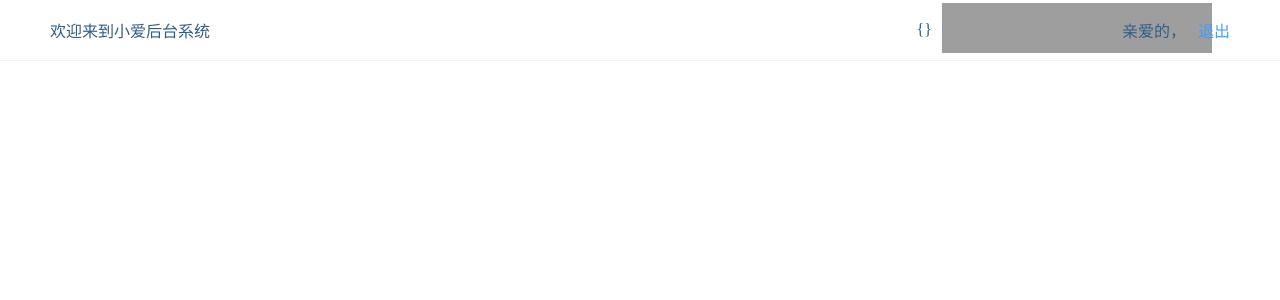
Repository: ZHANG-0714/backstage
Page: /
The author's editor kept a copy of each file at every save. The page is drawn from the files as they stood at one save, then again after the next save.
The browser window is 1280 px wide. The pictures show the whole page.
Pictures or frames that could not be fetched are drawn as grey boxes. The project was rebuilt for these pictures with package versions that can differ from the ones it lists, and the page was loaded fresh each time. Also part of the build but not shown: vue.config.js, src/views/Home.vue.

Above is the page before, as saved 2020-08-31 17:56:31.

### public/index.html
<!DOCTYPE html>
<html lang="en">

<head>
  <meta charset="utf-8">
  <meta http-equiv="X-UA-Compatible" content="IE=edge">
  <meta name="viewport" content="width=device-width,initial-scale=1.0">
  <link rel="icon" href="<%= BASE_URL %>favicon.ico">
  <title><%= htmlWebpackPlugin.options.title %></title>
</head>

<body>
  <noscript>
    <strong>We're sorry but <%= htmlWebpackPlugin.options.title %> doesn't work properly without JavaScript enabled.
      Please enable it to continue.</strong>
  </noscript>
  <div id="app"></div>
  <!-- built files will be auto injected -->

  <!--[if lte IE 9]>
    <div style='position:absolute; top: 50%; left:50%; margin-top: -50px;margin-left: -400px; align-items: center;justify-content: center;'>
      <div style='width: 800px; height: 100px;text-align: center'>
        <h1>
        您的浏览器版本过低 请下载最新的谷歌浏览器
      </h1>
      <div style='text-align: center;width: 800px'>
        <a href='http://rj.baidu.com/soft/detail/14744.html?ald'>下载谷歌浏览器点此链接</a>
      </div>
      </div>
    </div>
  <![endif]-->
</body>

</html>

### src/App.vue
<template>
  <div id="app">
    <router-view />
  </div>
</template>

<style lang="scss">
@import "../style/Css";
@import '../style/Situation'
</style>

### src/router/index.js
import Vue from 'vue'
import VueRouter from 'vue-router'
import Home from '../views/Home.vue'
import Public from '../views/Public.vue'

Vue.use(VueRouter)

const routes = [
  {
    path: '/home',
    redirect: '/'
  },
  {
    path: '/',
    component: Public,
    children: [
      {
        path: '',
        name: 'Home',
        component: Home,  //首页
        meta: {
          title: "首页"
        }
      },
    ]
  }
]

const router = new VueRouter({
  mode: 'history',
  base: process.env.BASE_URL,
  routes
})

export default router

### src/store/index.js
import Vue from 'vue'
import Vuex from 'vuex'
import user from './user/user'

Vue.use(Vuex)

export default new Vuex.Store({
  state: {
  },
  mutations: {
  },
  actions: {
  },
  modules: {
    user
  }
})

### style/Css.css
* {
	margin: 0;
	padding: 0;
}

.flex {
	display: flex;
}

.justify-content {
	justify-content: center;
}

.align-items {
	align-items: center;
}

.space-around {
	justify-content: space-around;
}

.space-between {
	justify-content: space-between;
}

.flex-direction {
	flex-direction: column;
}

.flex-end {
	align-items: flex-end;
}

.text-overflow {
	overflow: hidden;
	text-overflow: ellipsis;
	display: -webkit-box;
	-webkit-line-clamp: 1;
	-webkit-box-orient: vertical;
}

.opacity {
	opacity: 0.9;
}

.filter {
	filter: blur(30px);
	z-index: -1;
}

.flex-wrap {
	flex-wrap: wrap;
}

.position {
	position: fixed;
}

### style/Situation.scss
.el-card--header--img--doos {
    .el-card__header {
        border-bottom: 1px solid #535353;
    }
    .el-form-item__label{
        padding: 0;
    }
}

### src/views/Public.vue
<template>
  <!-- 公共 -->
  <div>
    <headTop></headTop>
  </div>
</template>

<script>
import headTop from "../components/public/headTop";
export default {
  name: "",
  props: {},
  components: {
    headTop,
  },
  data() {
    return {};
  },
  methods: {},
  mounted() {},
  watch: {},
  computed: {},
};
</script>

<style scoped lang='scss'>
</style>

### src/store/user/user.js
import api from '../../http/api'
import router from '../../router'
import { Message } from 'element-ui'

export default {
    // 开启命名空间 这个文件就是单独的一个vuex的模块
    namespaced: true,
    state: {
        menus: []
    },
    mutations: {
        seMenus(state, data) {
            state.menus = data
        }
    },
    actions: {
        //所有的请求都写在actions里面
        // actions 里面的方法可以传两个参数，第一个参数是整个store(vuex对象) 第二个参数是请求的参数
        async getMenus({ commit }) {
            let res = await api.getMenus()
            if (res.meta.status === 200) {
                // 提交mutation
                commit('setMenus', res.data)
            }
        },
        //登录
        async login({ commit }, { username, password }) {
            let res = await api.login({
                username,
                password
            })
            console.log(commit);
            console.log(res);
            if (res.meta.status === 200) {
                // 存储信息
                localStorage.setItem('adminToken', res.data.toke)
                localStorage.setItem('adminUser', JSON.stringify(res.data))
                // 跳转路由
                router.push('/')
                // 提示用户
                Message.success('登录成功')
            }
        }
    },
}

### src/components/public/headTop.vue
<template>
  <!-- 头部组件 -->
  <div class="top flex align-items space-between">
    <div class="name">欢迎来到小爱后台系统</div>
    <!-- 时间 -->
    <div class="flex align-items">
      <div class="time">{{time}}</div>
      <div class="time">{{hi}}{{date}}</div>
      <!-- 天气 -->
      <div class="iframes">
        <iframe
          class="m-l1"
          scrolling="no"
          src="https://tianqiapi.com/api.php?style=ty&skin=pitaya"
          frameborder="0"
          width="50"
          height="50"
          allowtransparency="true"
        ></iframe>
      </div>
      <!-- 用户 -->
      <div>亲爱的，{{user.username}}</div>
      <!-- 退出 -->
      <div class="quit">退出</div>
    </div>
  </div>
</template>

<script>
import dayjs from "dayjs";
export default {
  name: "",
  props: {},
  components: {},
  data() {
    return {
      time: "", //获取当前登录时间
      date: "",
      hi: {},
      user: {},
    };
  },
  methods: {},
  mounted() {
    //  获取当前登录时间
    this.time = dayjs().format("YYYY/MM/DD");

    let _this = this; // 声明一个变量指向Vue实例this，保证作用域一致
    this.timer = setInterval(() => {
      _this.date = dayjs().format("hh:mm:ss"); // 修改数据date
    }, 1000);

    //   判断时间段
    let hi = dayjs().format("HH");
    if (hi > 6 && hi <= 13) {
      this.hi = "早上";
    } else if (hi > 11 && hi <= 13) {
      this.hi = "中午";
    } else if (hi > 13 && hi <= 18) {
      this.hi = "下午";
    } else if (hi > 18 && hi <= 23) {
      this.hi = "晚上";
    } else {
      this.hi = "该睡觉了";
    }

    //登录获取的对象
    this.user = JSON.parse(localStorage.getItem("adminUser"));
    console.log(this.user);
  },
  watch: {},
  computed: {},
};
</script>

<style scoped lang='scss'>
.top {
  height: 60px;
  padding: 0 50px;
  border-bottom: 1px solid #f0f2f5;
  color: #2e5e85;
}
.time {
  margin-right: 10px;
}
.iframes {
  width: 180px;
}
iframe {
  width: 270px;
  font-size: 30px;
}
.quit {
  color: #409eff;
  margin-left: 12px;
  &:hover {
    cursor: pointer;
  }
}
</style>

### src/http/api.js
import service from './index'

export default {
    login({ username, password }) {
        return service.post('/login', {
            username,
            password
        })
    }
}

### src/http/index.js
import axios from 'axios'
import nprogress from 'nprogress'
import { Message } from 'element-ui'

//运行环境：本地环境:devlpment 和线上（生产）环境：production
const ispro = process.env.NODE_ENV === 'production'

//创建一个axios的实例
const service = axios.create({
    //基础路径:需要根据当前的运行环境来判断
    baseURL: ispro ? '线上接口路径' : '/api',
    //超时时间
    timeout: 100000
})

// 请求拦截：每一次发请求都会做的事
service.interceptors.request.use((config) => {
    nprogress.start()
    //前后端鉴权
    //jwt：JSON WEB TOKEN
    //登录成功后 后端会返回一个令牌
    let token = localStorage.getItem('abminToken')
    if (token) {
        config.headers['Authorization'] = token
    }
    return config
}, err => {
    nprogress.done()
    return Promise.reject(err)
})

//响应拦截：每一次接口返回数据的时候都会做的事
service.interceptors.response.use((res) => {
    nprogress.done()
    return res.data
}, err => {
    if (err.response && err.response.status) {
        // 错误请求的状态码
        let status = err.response.status
        if (status === 400) {
            Message.error('参数错误')
        }
        if (status === 401) {
            Message.error('登录过期，请重新登录')
        }
        if (status === 403) {
            Message.error('没有权限')
        }
        if (status === 404) {
            Message.error('接口路径错误')
        }
        if (status === 500) {
            Message.error('服务器出错')
        }
        if (status === 503) {
            Message.error('服务器在维护')
        }
    }
    return Promise.reject(err)
}
)

export default service

Loaded but not shown: src/main.js (common file)

After the next save:
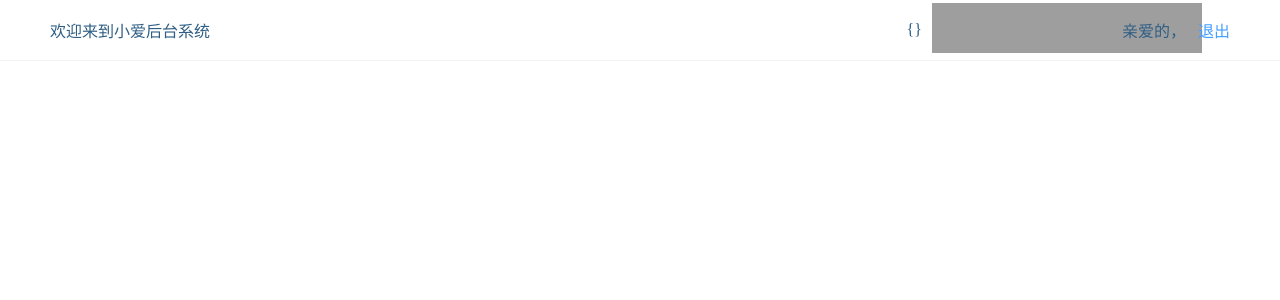
Saved 5 s later.
--- a/src/components/public/headTop.vue
+++ b/src/components/public/headTop.vue
@@ -84,7 +84,7 @@ export default {
   margin-right: 10px;
 }
 .iframes {
-  width: 180px;
+  width: 190px;
 }
 iframe {
   width: 270px;
